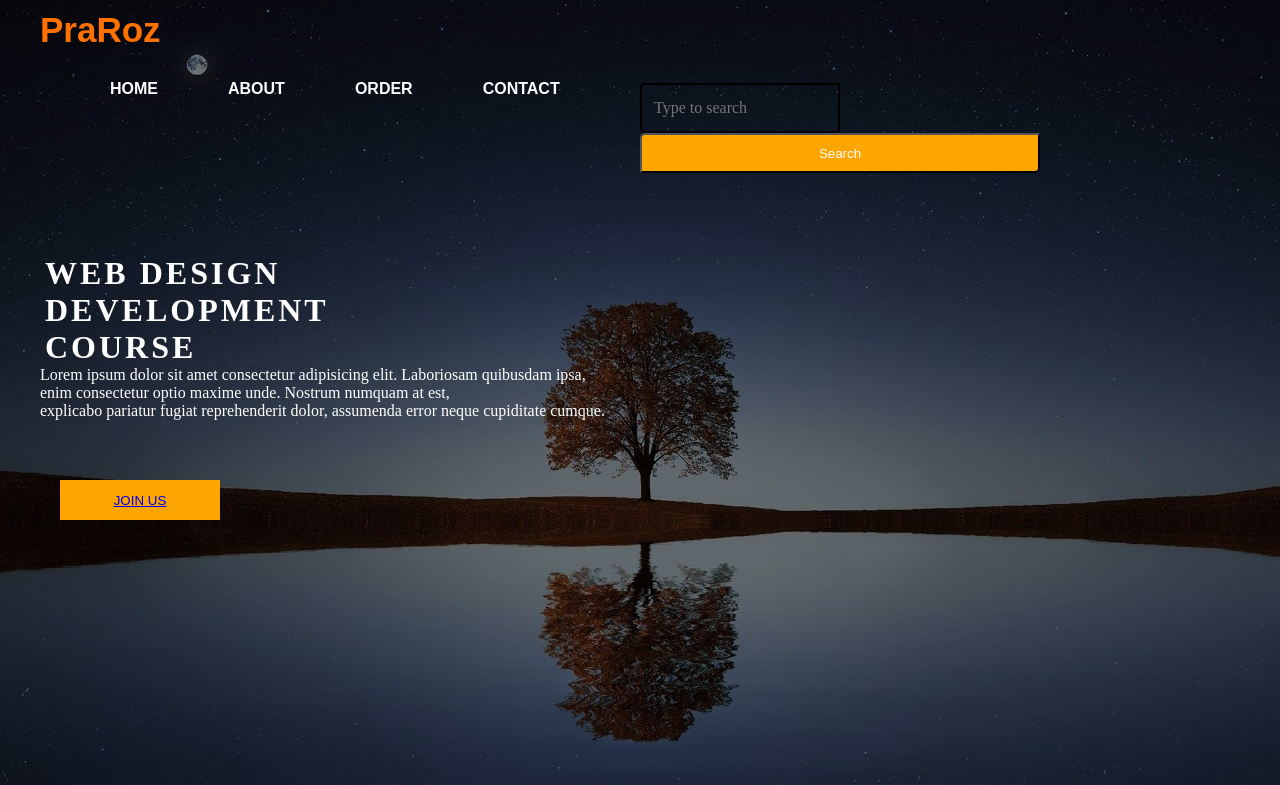
Repository: Cedrqmwesigwa/web-design-course
Page: index.html
An editor plug-in stored every save of this project. The page is shown before and after the next save, followed by the edit.
The browser window is 1280 px wide. The pictures show the whole page.

Above is the page before, as saved 2024-04-03 20:42:21.

### index.html
<!DOCTYPE html>
<html lang="en">
<head>
    <title>Web development html</title>
    <link rel="stylesheet" href="style.css"/>
</head>
<body>
    <div class="main">
        <div class="navbar">

            <div class="icon">
                <h2 class="logo">PraRoz</h2>
            </div>

            <div class="menu">
                <ul>
                    <li><a href="#">HOME</a></li>
                    <li><a href="#">ABOUT</a></li>
                    <li><a href="#">ORDER</a></li>
                    <li><a href="#">CONTACT</a></li>
                </ul>
            </div>

            <div class="search">
                <input type="search" class="srch" name="" placeholder="Type to search">
                <a href="#"><button class="btn">Search</button></a>
            </div>

        </div>

        <div class="content">
            <h1>WEB DESIGN <br>
            <span>DEVELOPMENT</span>
            <br>COURSE</h1>


            <p class="par">Lorem ipsum dolor sit amet consectetur adipisicing elit. Laboriosam quibusdam ipsa,<br>
                enim consectetur optio maxime unde. Nostrum numquam at est,
                <br>explicabo pariatur fugiat reprehenderit dolor, assumenda error neque cupiditate cumque.
            </p>


            <button class="cn">
                <a href="#">JOIN US</a>
            </button>
        </div>
    </div>


</body>
</html>

### style.css
*{
    margin: 0;
    padding: 0;
}

.main{
    width: 100% ;
    background: linear-gradient(to top, rgba(0,0,0,0.5)50%, rgba(0, 0, 0, 0.5)50%), url(1.jpg);
    background-position: center;
    background-size: cover;
    height: 109vh;
}

.navbar{
    width: 1200px;
    height: 75px;
    margin:  auto;
}

.icon{
    width: 200px;
    font: left;
    height: 70px;
}

.logo {
    color: #ff7200;
    font-size: 35px;
    font-family: Arial;
    float: left;
    padding-top: 10px;
}

.menu{
    width: 400px;
    float: left;
    height: 70px;
}

ul{
    float: left;
    display: flex;
    justify-content: center;
    align-items: center;
}

ul li{
    list-style: none;
    margin-left: 70px;
    margin-top: 10px;
    font-size: 16px;
}

ul li a{
    text-decoration: none;
    color: white;
    font-family: Arial;
    font-weight: bold;
    transition: .4 ease-in-out;
}

ul li a:hover{
    color:#ff7200
}

.search{
    width: 400px;
    float: left;
    margin-left: 200px;
}

.srch{
    font-family: "Times New Roman";
    width: 200px;
    height: 50px;
    padding: 3%;
    background: transparent;
    border-top: 5px;
    border-bottom-left-radius: 5px;
    border-top-left-radius: 5px;
    font-size: 16px;
    color: white;
    margin-top:13px;
    border: 2px solid  #000;
}

.btn{
    width:100%;
    height: 40px;
    background: orange;
    color: white;
    border-bottom-right-radius: 5px;
    border-top-left-radius: 5px;
}

.btn:focus{
    outline: none;
}
.srch:focus{
    outline:none;
}

.content{
    width: 1200px;
    height: auto;
    margin: auto;
    color: white;
    position: relative
}
.content.par{
    padding-left: 20px;
    padding-bottom: 20px;
    font-family: Arial;
    letter-spacing: 1.2px;
    line-height: 30px;
}

.content h1{
    font-family: 'Times New Roman';
    size: 100px;
    padding-left: 5px;
    margin-top: 15%;
    letter-spacing: 3px;
}

.content .cn{
    width: 160px;
    height: 40px;
    background: orange;
    border: none;
    margin-top: 5%;
    border-right:10px;
    margin-left: 20px;
    cursor: pointer;
    transition: .4s ease;
}

After the next save:
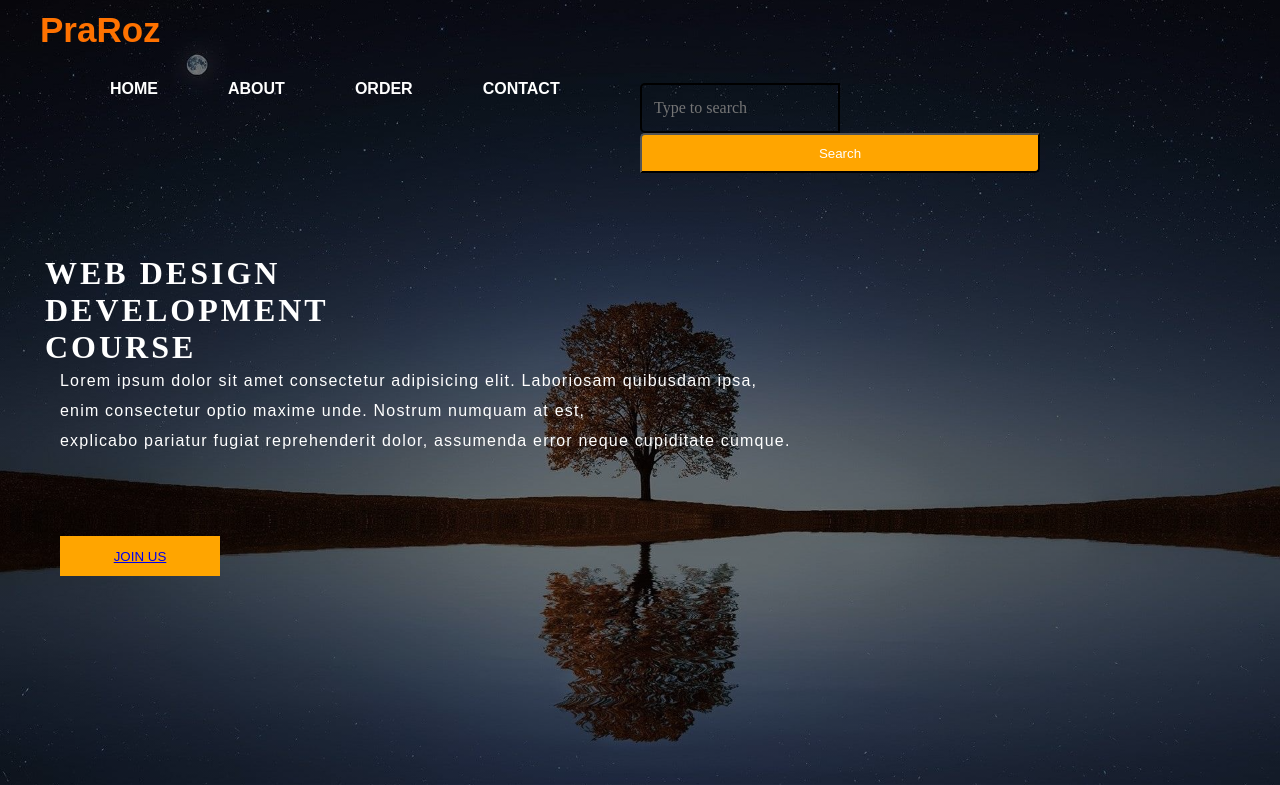
Saved 12 s later.
--- a/style.css
+++ b/style.css
@@ -107,7 +107,7 @@ ul li a:hover{
     color: white;
     position: relative
 }
-.content.par{
+.content .par{
     padding-left: 20px;
     padding-bottom: 20px;
     font-family: Arial;
